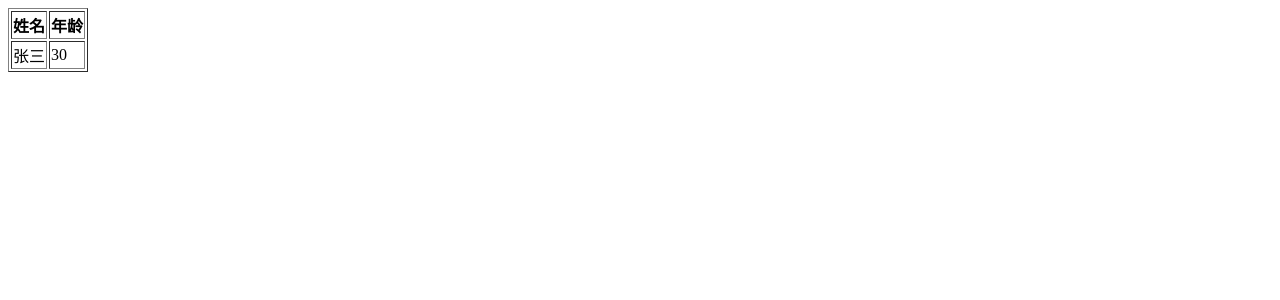
Repository: tangchengjingwen/javaLearningCode
Page: javaLearningCode/day29_html/table.html
The author's editor kept a copy of each file at every save. The page is drawn from the files as they stood at one save, then again after the next save.
The browser window is 1280 px wide. The pictures show the whole page.

Above is the page before, as saved 2012-05-13 06:25:40.

After the next save:
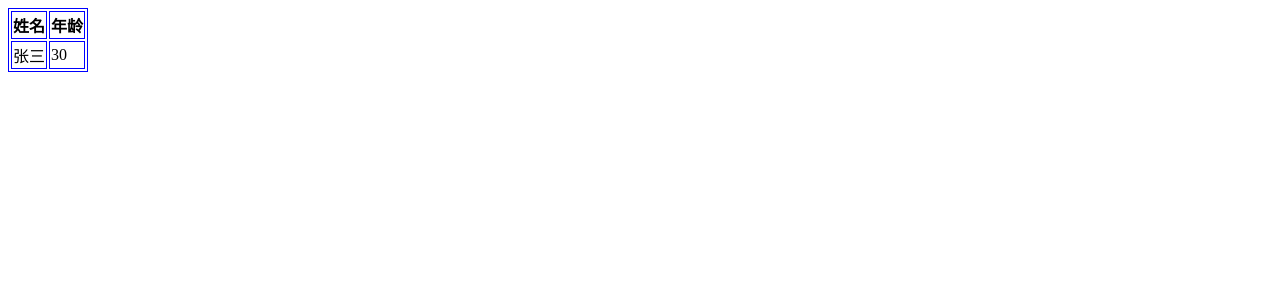
Saved 44 s later.
--- a/javaLearningCode/day29_html/table.html
+++ b/javaLearningCode/day29_html/table.html
@@ -6,7 +6,7 @@
 	</head>
 	<body>
 
-		<table border="1">
+		<table border="1" bordercolor="blue">
 			<tr>
 				<th>姓名</th>
 				<th>年龄</th>
